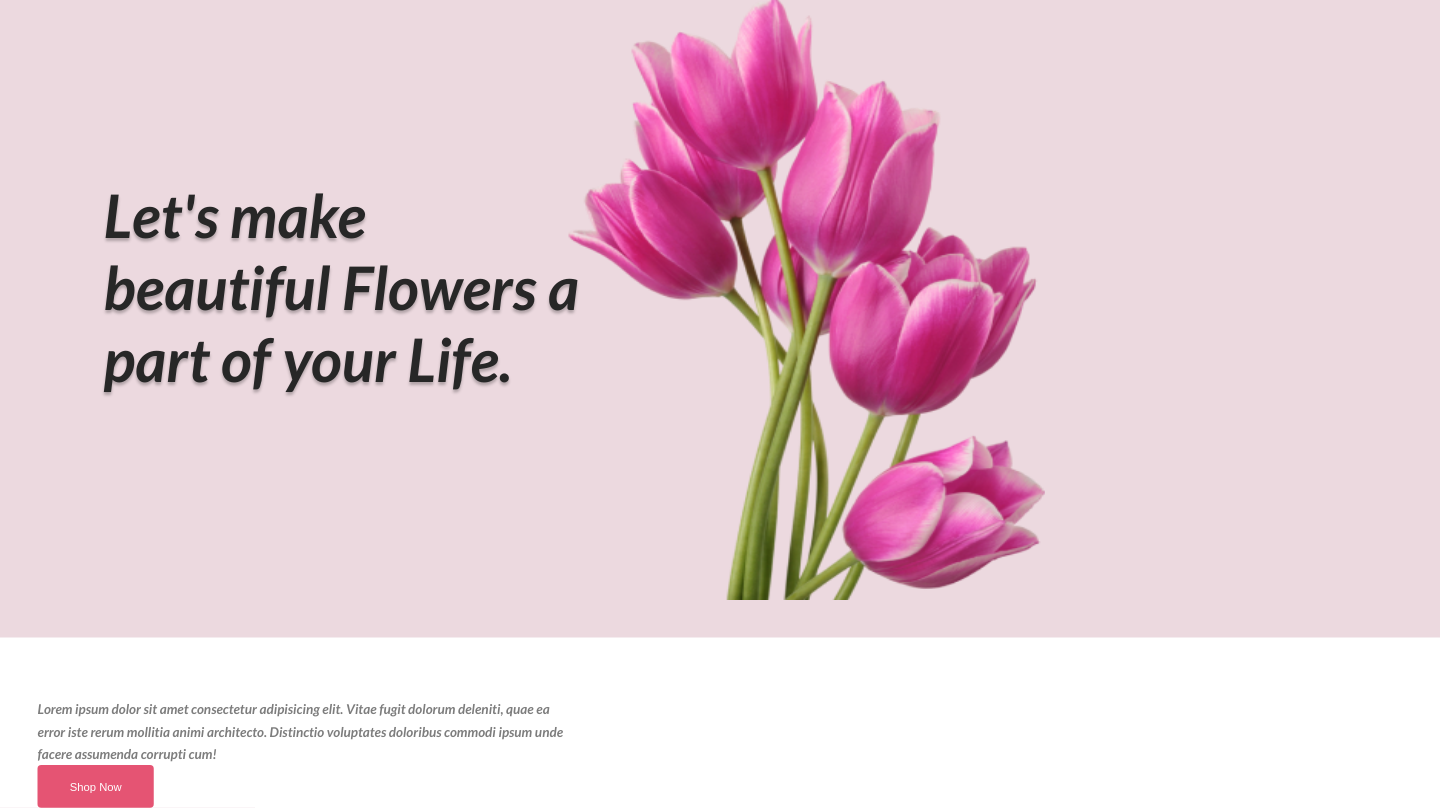
Repository: AnitaAkter/anita-flower-shop
Page: index.html
These files come from the project's save history. The page is drawn as it stood at one moment and after a run of saves; the edit follows.
The browser window is 1280 px wide. The page is 1920 px wide, so the pictures cover 1920 px, including what lies to the right of the window. The pictures show the whole page, at 75% of full size.

Above is the page before, as saved 2023-09-04 20:41:00.

After the next 8 saves:
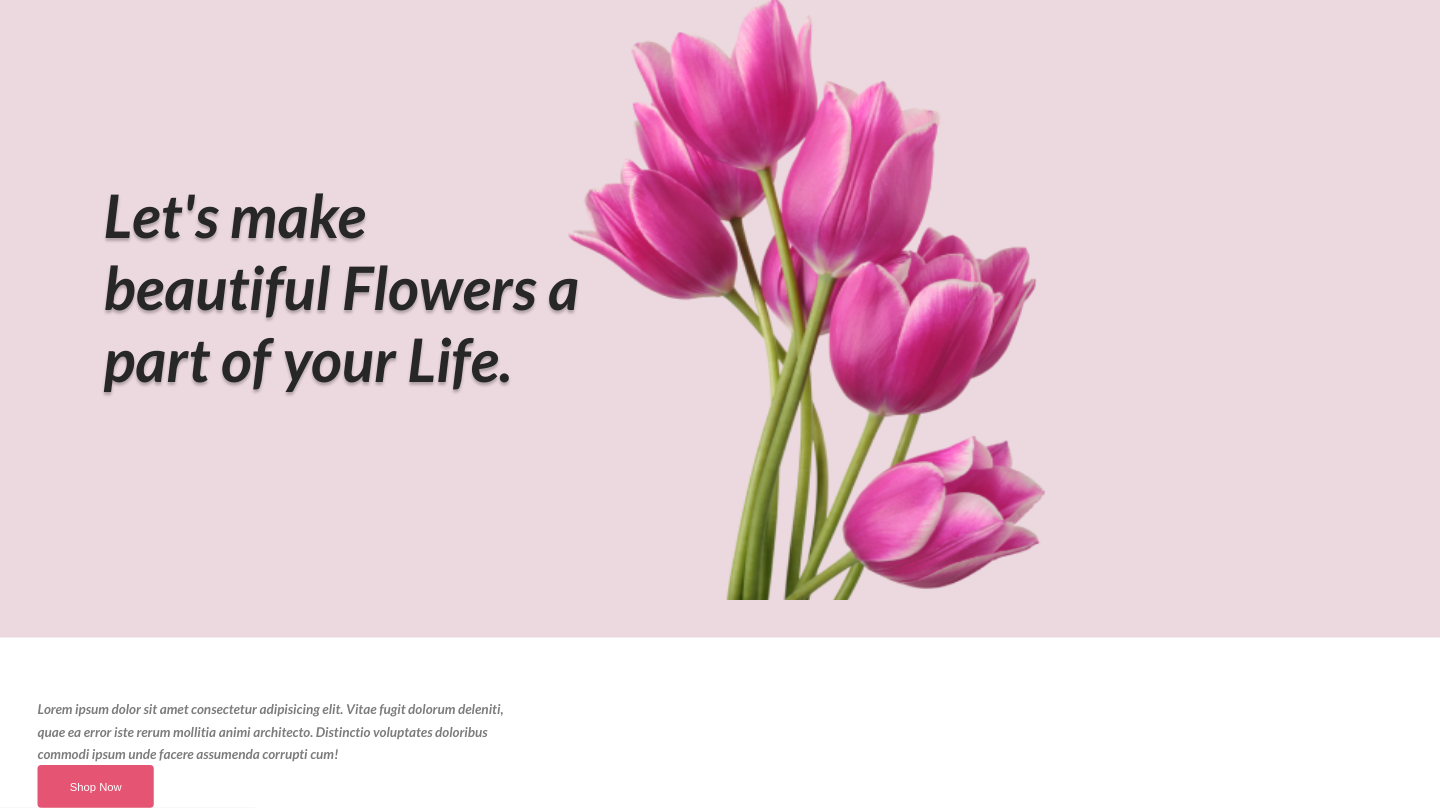
The 8 saves are shown as one change because they came seconds apart.
The last was saved 64 s later.
--- a/style.css
+++ b/style.css
@@ -47,6 +47,9 @@ header {
     font-style: normal;
     font-weight: 400;
     line-height: 30px;
+    width: 634px;
+    height: 90px;
+    gap: 32px;
     /* 166.667% */
 }
 
